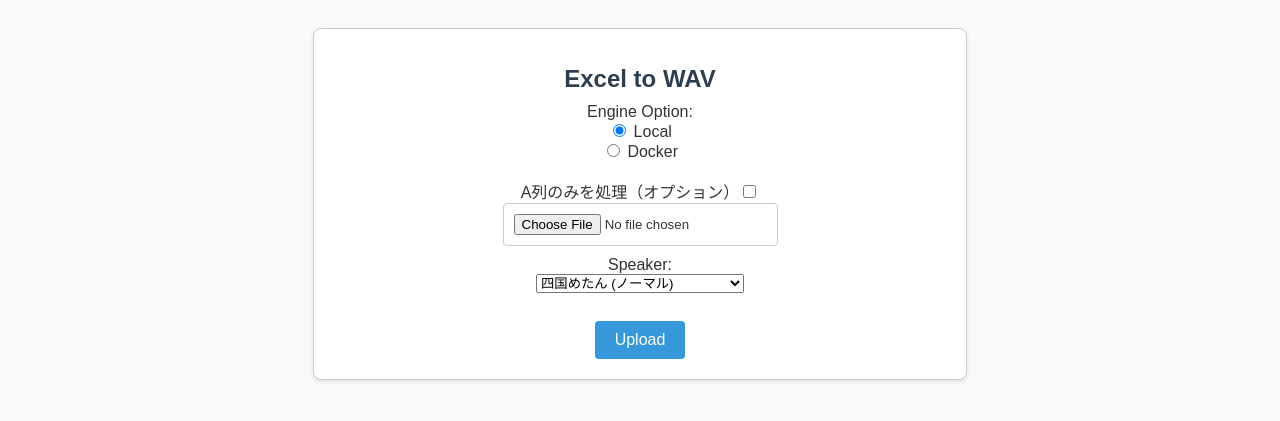
Repository: limonene213u/Excel-to-VOICE
Page: http://localhost/
These files come from the project's save history. The page is drawn as it stood at one moment and after the next save; the edit follows.
The browser window is 1280 px wide. The pictures show the whole page.
The page is served by the project's application, run on Flask 3 (volume/app.py).

Above is the page before, as saved 2023-10-11 01:34:21.

After the next save:
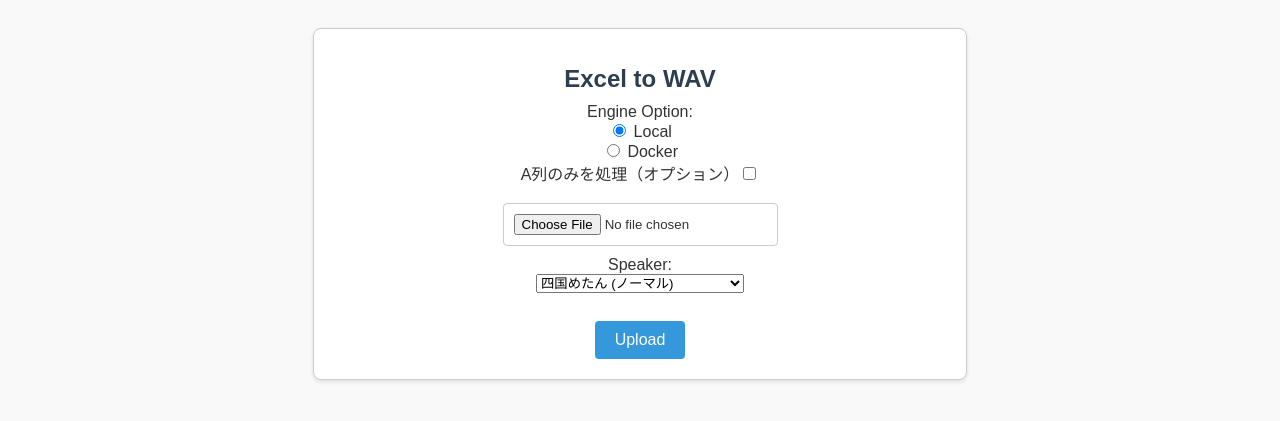
Saved 21 s later.
--- a/volume/templates/index.html
+++ b/volume/templates/index.html
@@ -55,8 +55,8 @@
         <input type="radio" id="local-engine" name="engine-option" value="local" checked>
         <label for="local-engine">Local</label><br>
         <input type="radio" id="docker-engine" name="engine-option" value="docker">
-        <label for="docker-engine">Docker</label><br><br>
-        <label for="single_column">A列のみを処理（オプション）</label><input type="checkbox" name="single_column" id="single_column"><br>
+        <label for="docker-engine">Docker</label><br>
+        <label for="single_column">A列のみを処理（オプション）</label><input type="checkbox" name="single_column" id="single_column"><br><br>
         <input type="file" name="file" accept=".xlsx" required>
         <br>
         <label for="speaker-id">Speaker:</label><br>
